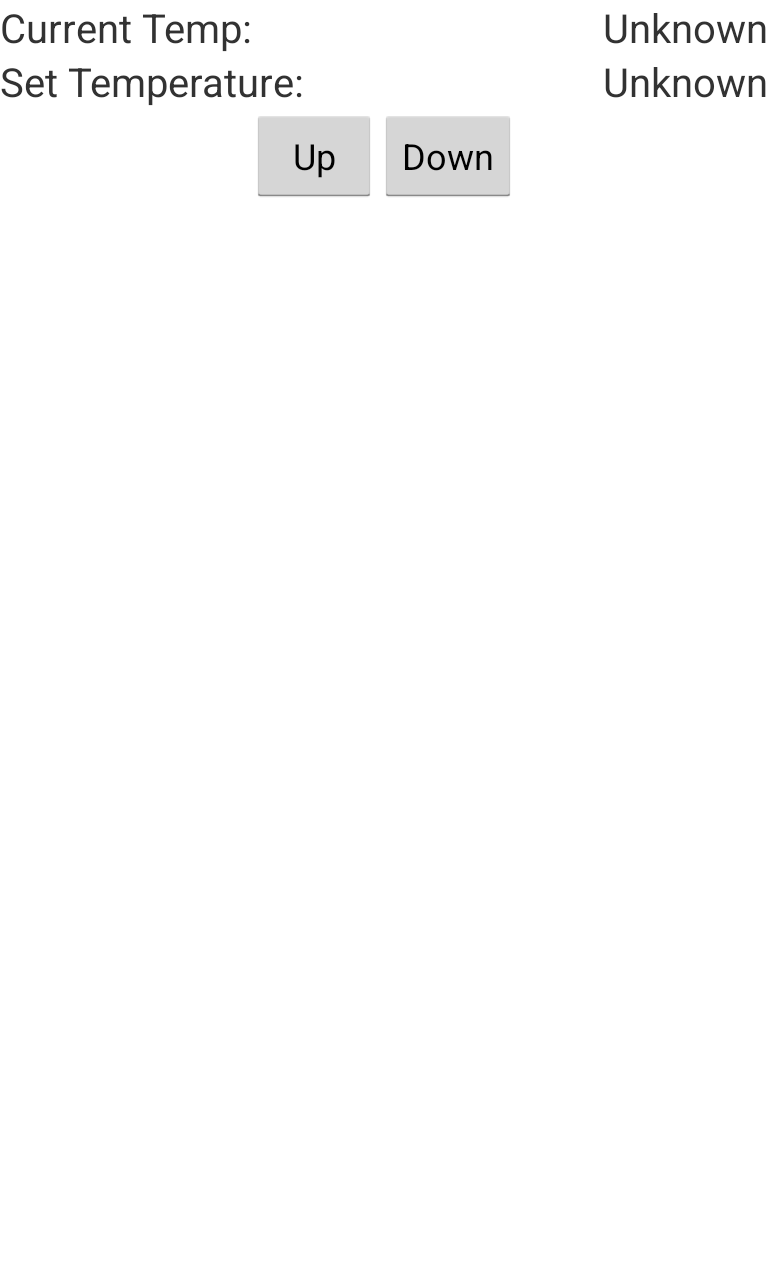
Repository: finerrecliner/SmartVent
Layout: SmartVent/res/layout/activity_room.xml
These files come from the project's save history. The layout is drawn as it stood at one moment and after the next save; the edit follows.
It is drawn on a 768 x 1280 px phone screen (xhdpi) without system bars, with theme AppTheme; the app's code is not run.

Above is the layout before, as saved 2013-11-03 16:07:49.

After the next save:
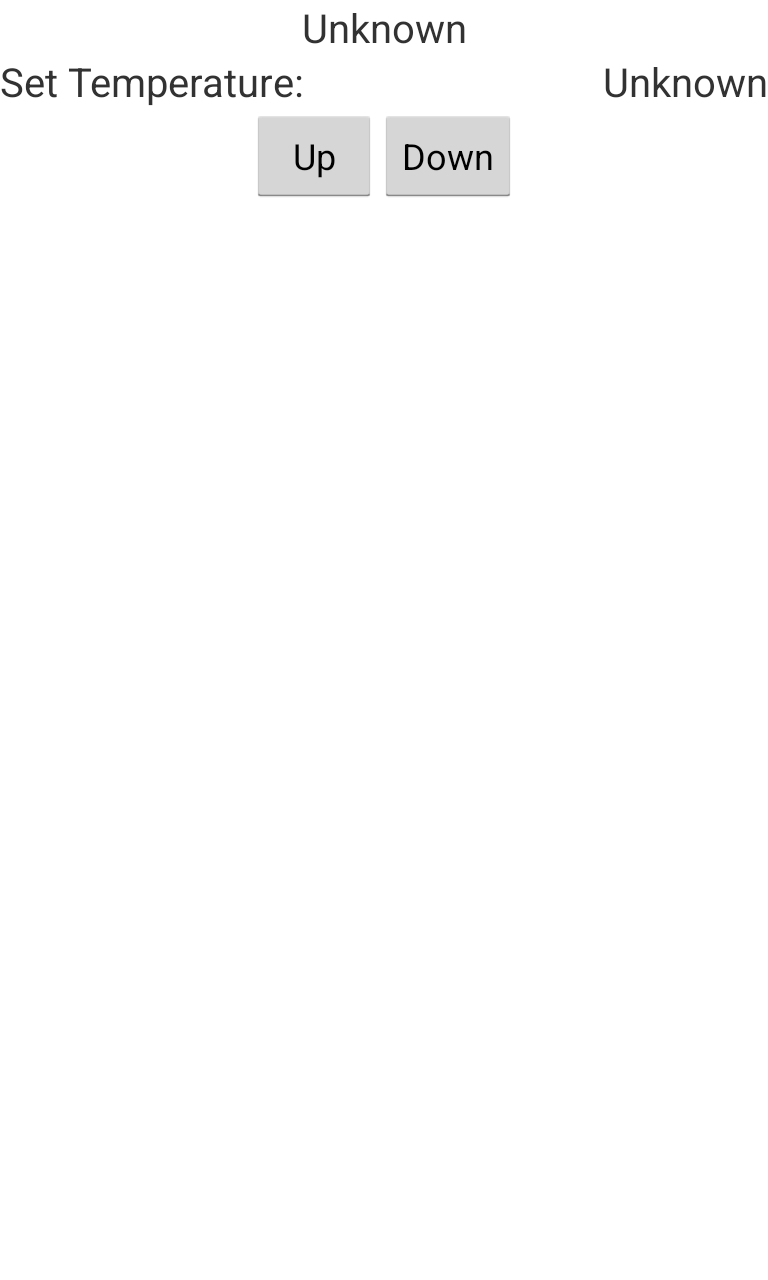
Saved 23 min 39 s later.
--- a/SmartVent/res/layout/activity_room.xml
+++ b/SmartVent/res/layout/activity_room.xml
@@ -12,16 +12,10 @@
         android:layout_height="wrap_content" >
 
         <TextView
-            android:layout_width="wrap_content"
-            android:layout_height="wrap_content"
-            android:textSize="20sp"
-            android:text="@string/current_temp" />
-
-        <TextView
             android:id="@+id/current_temp_val"
             android:layout_width="fill_parent"
             android:layout_height="wrap_content"
-            android:gravity="right"
+            android:gravity="center"
             android:textSize="20sp"
             android:text="@string/unknown" />
 
